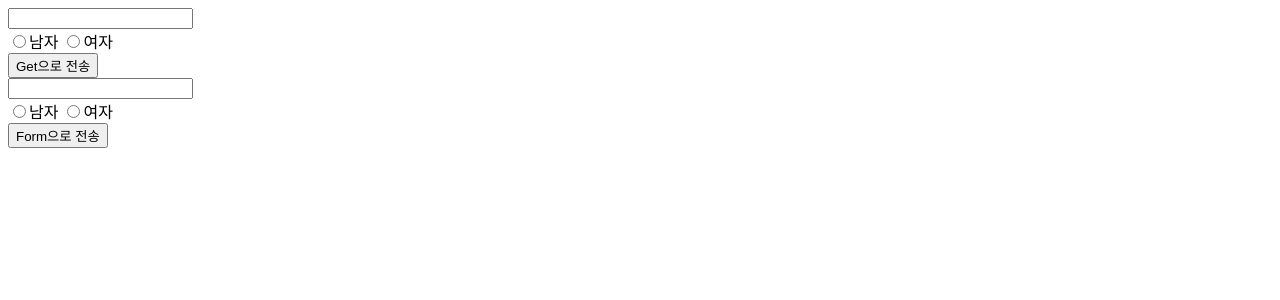
Repository: jdy0120/JSP
Page: http://localhost/basic/test_form.jsp
An editor plug-in stored every save of this project. The page is shown before and after the next save, followed by the edit.
The browser window is 1280 px wide. The pictures show the whole page.
The page is served by Tomcat 9. Other server files are loaded and not shown.

Above is the page before, as saved 2020-11-24 07:04:23.

### work/basic/WebContent/test_form.jsp
<%@ page language="java" contentType="text/html; charset=UTF-8"
    pageEncoding="UTF-8"%>
<!DOCTYPE html PUBLIC "-//W3C//DTD HTML 4.01 Transitional//EN" "http://www.w3.org/TR/html4/loose.dtd">
<html>
<head>
<meta http-equiv="Content-Type" content="text/html; charset=UTF-8">
<title>Insert title here</title>
</head>
<body>
<form name='frmGet' action='test' method='get'>
<input type='text' name='txtGet'/><br/>
<input type='radio' name='gender' value='m'>남자
<input type='radio' name='gender' value='f'>여자 <br/>
<input type='submit' value='Get으로 전송'>
</form>
<form name='frmGet' action='test' method='post'>
<input type='text' name='txtPost'/><br/>
<input type='radio' name='gender' value='m'>남자
<input type='radio' name='gender' value='f'>여자 <br/>
<input type='submit' value='Form으로 전송'>
</form>
</body>
</html>

After the next save:
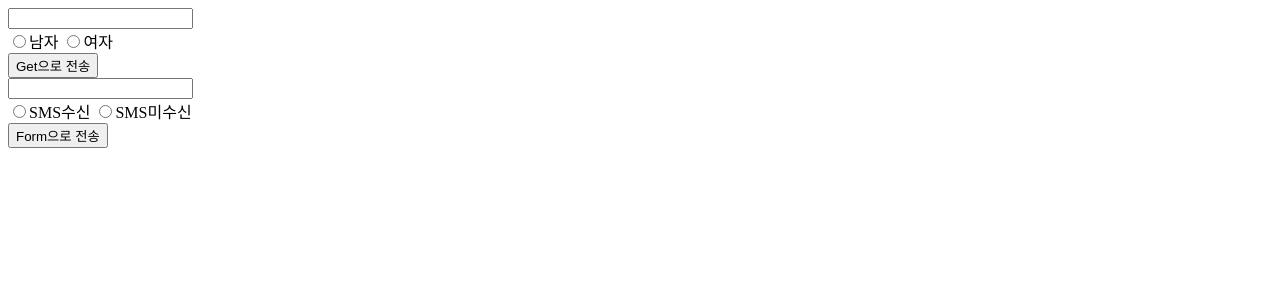
Saved 39 s later.
--- a/work/basic/WebContent/test_form.jsp
+++ b/work/basic/WebContent/test_form.jsp
@@ -15,8 +15,8 @@
 </form>
 <form name='frmGet' action='test' method='post'>
 <input type='text' name='txtPost'/><br/>
-<input type='radio' name='gender' value='m'>남자
-<input type='radio' name='gender' value='f'>여자 <br/>
+<input type='radio' name='isSms' value='y'>SMS수신
+<input type='radio' name='isSms' value='n'>SMS미수신 <br/>
 <input type='submit' value='Form으로 전송'>
 </form>
 </body>
